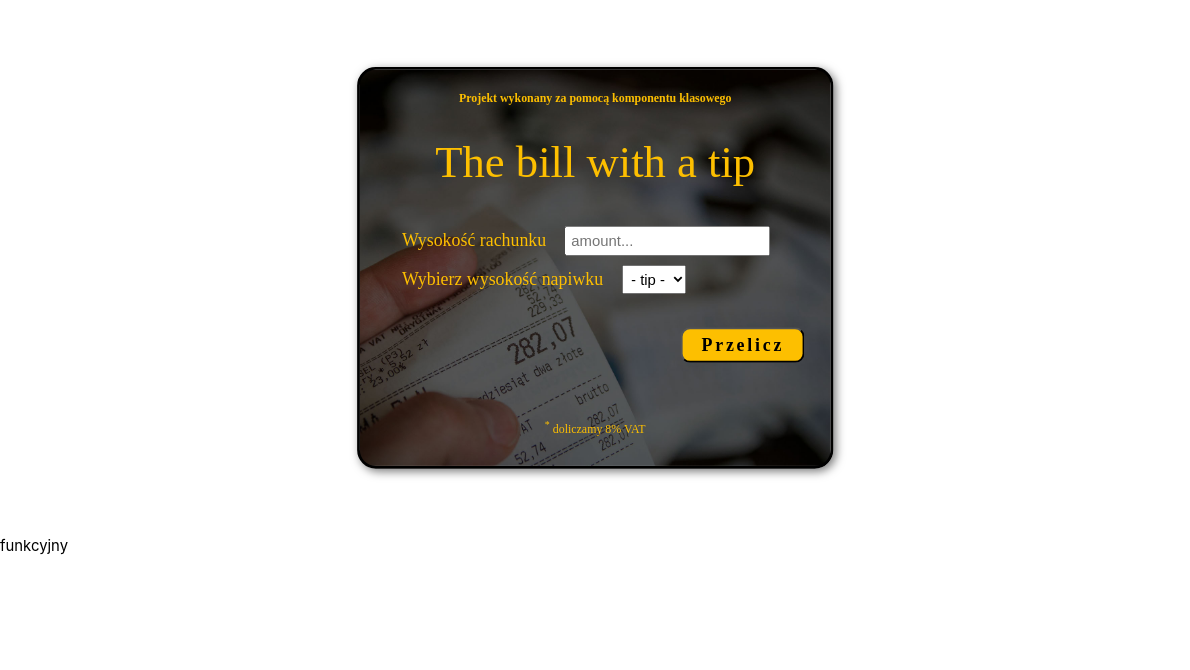
Repository: KrzysKolo/sr_tydzien4_zad1
Page: /
The author's editor kept a copy of each file at every save. The page is drawn from the files as they stood at one save, then again after a run of saves.
The browser window is 1280 px wide. The pictures show the whole page, at 93% of full size.
Some web fonts or font styles are not loaded; a fallback is used. The project was rebuilt for these pictures with package versions that can differ from the ones it lists, and the page was loaded fresh each time. Also part of the build but not shown: src/components/ParagrapfCard.js.

Above is the page before, as saved 2020-11-07 22:24:18.

### public/index.html
<!DOCTYPE html>
<html lang="en">
  <head>
    <meta charset="utf-8" />
    <link rel="icon" href="%PUBLIC_URL%/favicon.ico" />
    <meta name="viewport" content="width=device-width, initial-scale=1" />
    <meta name="theme-color" content="#000000" />
    <meta
      name="description"
      content="Web site created using create-react-app"
    />
    <link rel="apple-touch-icon" href="%PUBLIC_URL%/logo192.png" />
    <!--
      manifest.json provides metadata used when your web app is installed on a
      user's mobile device or desktop. See https://developers.google.com/web/fundamentals/web-app-manifest/
    -->
    <link rel="manifest" href="%PUBLIC_URL%/manifest.json" />
    <!--
      Notice the use of %PUBLIC_URL% in the tags above.
      It will be replaced with the URL of the `public` folder during the build.
      Only files inside the `public` folder can be referenced from the HTML.

      Unlike "/favicon.ico" or "favicon.ico", "%PUBLIC_URL%/favicon.ico" will
      work correctly both with client-side routing and a non-root public URL.
      Learn how to configure a non-root public URL by running `npm run build`.
    -->
    <link href="https://fonts.googleapis.com/css2?family=Calligraffitti&family=Shadows+Into+Light+Two&family=Skranji&display=swap" rel="stylesheet">
    <title>Bill and tip</title>
  </head>
  <body>
    <noscript>You need to enable JavaScript to run this app.</noscript>
    <div id="root"></div>
    <!--
      This HTML file is a template.
      If you open it directly in the browser, you will see an empty page.

      You can add webfonts, meta tags, or analytics to this file.
      The build step will place the bundled scripts into the <body> tag.

      To begin the development, run `npm start` or `yarn start`.
      To create a production bundle, use `npm run build` or `yarn build`.
    -->
  </body>
</html>

### src/App.js
import './App.css';
import BillCard from './components/BillCard';
import BillCardFunkcyjny from './componentFunkcyjny/BillCardFunkcyjny';

const App = () => {
  return (
    <div>
      <BillCard/>
      <BillCardFunkcyjny />
    </div>
   );
}

export default App;

### src/components/BillCard.js
import React, { Component } from 'react';
import HeaderCard from './HeaderCard';
import SectionCard from './SectionCard';
import FooterCard from './FooterCard';
import './../components/BillCard.css';
class BillCard extends Component {
    state = {  }
    render() {
        return (
            <div className="billCard__wrapper">
                <HeaderCard/>
                <SectionCard />
                <FooterCard />
            </div>
         );
    }
}

export default BillCard;

### src/componentFunkcyjny/BillCardFunkcyjny.js
import React from 'react';
const BillCardFunkcyjny = () => {
    return (
        <div>
            funkcyjny
        </div>
     );
}

export default BillCardFunkcyjny;

### src/components/HeaderCard.js
import React from 'react';
const HeaderCard = () => {
    return (
        <div className="billCard__header">
            <h1>Projekt wykonany za pomocą komponentu klasowego</h1>
            The bill with a tip
        </div>
     );
}

export default HeaderCard;

### src/components/SectionCard.js
import React, { Component } from 'react';
import FormCard from './FormCard';
import ParagrapfCard from './ParagrapfCard';

class SectionCard extends Component {
    state = {
        bill: {
            amount: "",
            tip: 0,
        },
        results: 0,
        show: true,
    }
     handleChange = e => {
        let  newBill = {
         ...this.state.bill,
         [e.target.name]: e.target.value,
         }

         this.setState({
             bill: newBill
         })
     }
     handleConvert = (e) => {
        e.preventDefault();
        const price = parseFloat(this.state.bill.amount)*1.08;
        const tip = parseFloat(this.state.bill.tip);
        const suma = (price+(price*tip)).toFixed(2);
         this.setState({
            results: suma,
            bill: {
                amount: "",
                tip: 0,
            },
            show: false,
         })
     }

     render() {

        return  this.state.show ?
        <FormCard bill={this.state.bill} result={this.state.result} show={this.state.show} handleChange={this.handleChange} handleConvert={this.handleConvert}/>
        : <ParagrapfCard result={this.state.results} />
         {/* <section className="billCard__section billCard__section--background"><p>Twój rachunek: {this.state.results} zł</p></section> */} ;
    }
}

export default SectionCard;

### src/components/FooterCard.js
import React from 'react';
const FooterCard = () => {
    return (
        <footer className="billCard__footer">
            <sup>*</sup> doliczamy 8% VAT <br />
        </footer>
     );
}

export default FooterCard;

### src/components/BillCard.css
.billCard__wrapper {
  width: 40vw;
  height: 60vh;
  background: url("./../image/bill.jpg");
  background-size: cover;
  border: 3px solid black;
  border-radius: 20px;
  box-shadow: 3px 3px 10px #7a7a7a;
  display: flex;
  flex-direction: column;
  align-items: center;
  margin: 10vh auto;
}
.billCard__header {
  font-family: "Skranji", cursive;
  font-size: 3rem;
  color: rgb(253, 191, 0);
  margin-top: 1.5rem;
}

.billCard__header h1 {
  color: rgb(253, 191, 0);
  font-family: "Shadows Into Light Two", cursive;
  font-size: 0.8rem;
  text-align: center;
  padding-bottom: 2rem;
}
.billCard__section {
  margin-top: 2rem;
  height: 40%;
  width: 90%;
}
.billCard__section--background {
  background-color: rgba(253, 191, 0, 0.07);
  box-shadow: inset 3px 3px 5px black;
  border-radius: 10px;
}
.billCard__section p {
  font-family: "Shadows Into Light Two", cursive;
  font-size: 2rem;
  margin: 2rem auto 0 auto;
  color: rgb(253, 191, 0);

  text-align: center;
}
.label__BillCard {
  font-family: "Shadows Into Light Two", cursive;
  font-size: 1.2rem;
  color: rgb(253, 191, 0);
  padding: 20px;
}
.form__items {
  font-size: 1rem;
  padding: 5px;
  margin-top: 10px;
}
.btn__BillCard {
  font-family: "Shadows Into Light Two", cursive;
  font-size: 1.2rem;
  background-color: rgb(253, 191, 0);
  border-radius: 10px;
  cursor: pointer;
  margin: 5vh auto 2vh 25vw;
  padding: 6px 20px;
  transition: all ease-in-out 0.3s;
  letter-spacing: 3px;
  font-weight: bold;
}
.btn__BillCard:hover {
  background-color: rgba(253, 191, 0, 0.07);
  color: rgb(253, 191, 0);
}
.billCard__footer {
  color: rgb(253, 191, 0);
  font-family: "Shadows Into Light Two", cursive;
  font-size: 0.8rem;
  margin-top: 3rem;
}

### src/components/FormCard.js

import React from 'react';
const  FormCards = (props) => {
    return (
        <section className="billCard__section">
        <form>
            <label className="label__BillCard" htmlFor="form__input-amount">Wysokość rachunku</label>
            <input className="form__items"
                       type="text"
                       id="form__input-amount"
                       name="amount"
                       placeholder="amount..."
                       onChange={props.handleChange}
                       value={props.amount} /><br/>
            <label className="label__BillCard" htmlFor="form__select">Wybierz wysokość napiwku</label>
            <select className="form__items"
                           name="tip"
                           id="form__select"
                           onChange={props.handleChange}
                           value={props.tip}>
                               <option value=""> -  tip  - </option>
                               <option value="0.05">5%</option>
                               <option value="0.10">10%</option>
                               <option value="0.15">15%</option>
                               <option value="0.20">20%</option>
                </select> <br />
                <button className="btn__BillCard" type="submit" onClick={props.handleConvert}>Przelicz</button>
        </form>
    </section>
     );
}
export default FormCards;

### src/componentFunkcyjny/BillCardFunkcyjny.css
.billCard__wrapper {
  color: navy;
}

Loaded but not shown: src/index.js (common file); src/index.css (common file); src/App.css (common file)

After the next 2 saves:
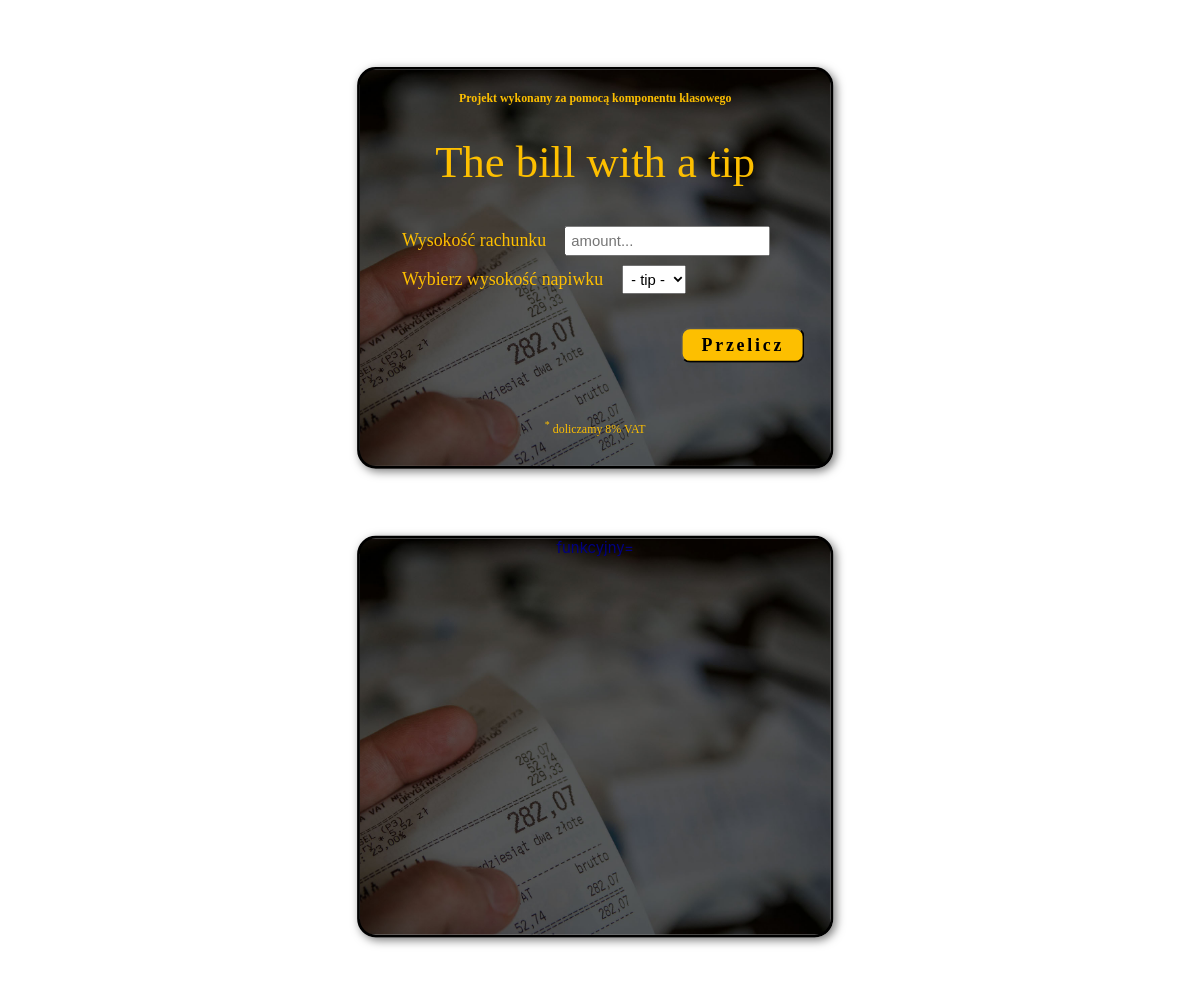
The 2 saves are shown as one change because 1 did not build or start.
The last was saved 32 s later.
--- a/src/componentFunkcyjny/BillCardFunkcyjny.js
+++ b/src/componentFunkcyjny/BillCardFunkcyjny.js
@@ -1,8 +1,9 @@
 import React from 'react';
+import './BillCardFunkcyjny.css';
 const BillCardFunkcyjny = () => {
     return (
-        <div>
-            funkcyjny
+        <div className="billCard__wrapper">
+            funkcyjny=
         </div>
      );
 }
